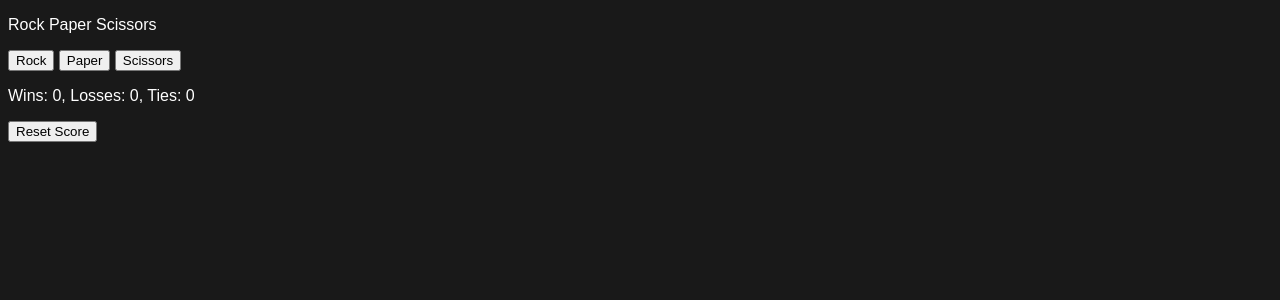
Repository: Samkiroko/Javascript-course
Page: 10-rock-paper-scissior.html
The author's editor kept a copy of each file at every save. The page is drawn from the files as they stood at one save, then again after the next save.
The browser window is 1280 px wide. The pictures show the whole page.

Above is the page before, as saved 2023-08-28 11:13:42.

### 10-rock-paper-scissior.html
<!DOCTYPE html>
<html>
  <head>
    <title>Rock Paper Scissors</title>
    <style>
      body {
        background-color: #191919;
        color: white;
        font-family: sans-serif;
      }
    </style>
  </head>
  <body>
    <p class="title">Rock Paper Scissors</p>
    <button
      onclick="
      playGame('rock');
    "
    >
      Rock
    </button>

    <button
      onclick="
      playGame('paper');
    "
    >
      Paper
    </button>

    <button
      onclick="
      playGame('scissors');
    "
    >
      Scissors
    </button>
    <p class="js-result"></p>
    <p class="js-moves"></p>
    <p class="js-score"></p>

    <button
      onclick="
      score.wins = 0;
      score.losses = 0;
      score.ties = 0;
      localStorage.removeItem('score');
      updateScoreElement();
    "
    >
      Reset Score
    </button>

    <script>
      let score = JSON.parse(localStorage.getItem('score')) || {
        wins: 0,
        losses: 0,
        ties: 0,
      };

      updateScoreElement();

      /*
      if (!score) {
        score = {
          wins: 0,
          losses: 0,
          ties: 0
        };
      }
      */

      function playGame(playerMove) {
        const computerMove = pickComputerMove();

        let result = '';

        if (playerMove === 'scissors') {
          if (computerMove === 'rock') {
            result = 'You lose.';
          } else if (computerMove === 'paper') {
            result = 'You win.';
          } else if (computerMove === 'scissors') {
            result = 'Tie.';
          }
        } else if (playerMove === 'paper') {
          if (computerMove === 'rock') {
            result = 'You win.';
          } else if (computerMove === 'paper') {
            result = 'Tie.';
          } else if (computerMove === 'scissors') {
            result = 'You lose.';
          }
        } else if (playerMove === 'rock') {
          if (computerMove === 'rock') {
            result = 'Tie.';
          } else if (computerMove === 'paper') {
            result = 'You lose.';
          } else if (computerMove === 'scissors') {
            result = 'You win.';
          }
        }

        if (result === 'You win.') {
          score.wins += 1;
        } else if (result === 'You lose.') {
          score.losses += 1;
        } else if (result === 'Tie.') {
          score.ties += 1;
        }

        localStorage.setItem('score', JSON.stringify(score));

        updateScoreElement();

        document.querySelector('.js-result').innerHTML = result;
        document.querySelector(
          '.js-moves'
        ).innerHTML = `You picked ${playerMove} - Computer picked ${computerMove}.`;
      }

      function updateScoreElement() {
        document.querySelector(
          '.js-score'
        ).innerHTML = `Wins: ${score.wins}, Losses: ${score.losses}, Ties: ${score.ties}`;
      }

      function pickComputerMove() {
        const randomNumber = Math.random();

        let computerMove = '';

        if (randomNumber >= 0 && randomNumber < 1 / 3) {
          computerMove = 'rock';
        } else if (randomNumber >= 1 / 3 && randomNumber < 2 / 3) {
          computerMove = 'paper';
        } else if (randomNumber >= 2 / 3 && randomNumber < 1) {
          computerMove = 'scissors';
        }

        return computerMove;
      }
    </script>
  </body>
</html>

After the next save:
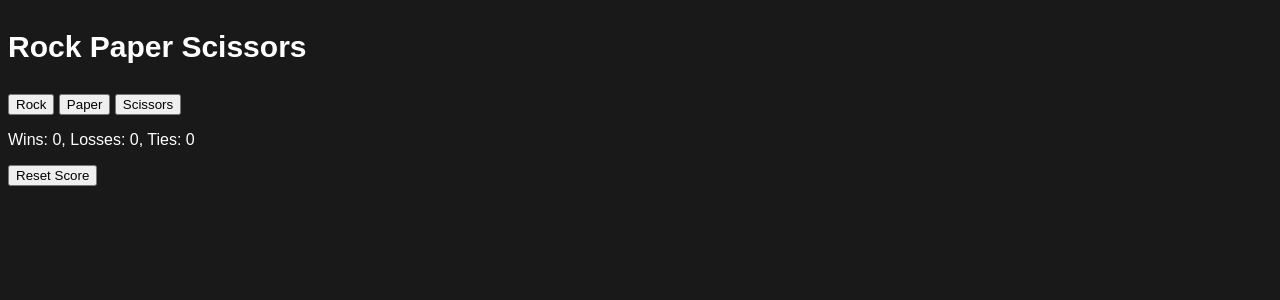
Saved 13 s later.
--- a/10-rock-paper-scissior.html
+++ b/10-rock-paper-scissior.html
@@ -7,6 +7,10 @@
         background-color: #191919;
         color: white;
         font-family: sans-serif;
+      }
+      .title {
+        font-size: 30px;
+        font-weight: bold;
       }
     </style>
   </head>
